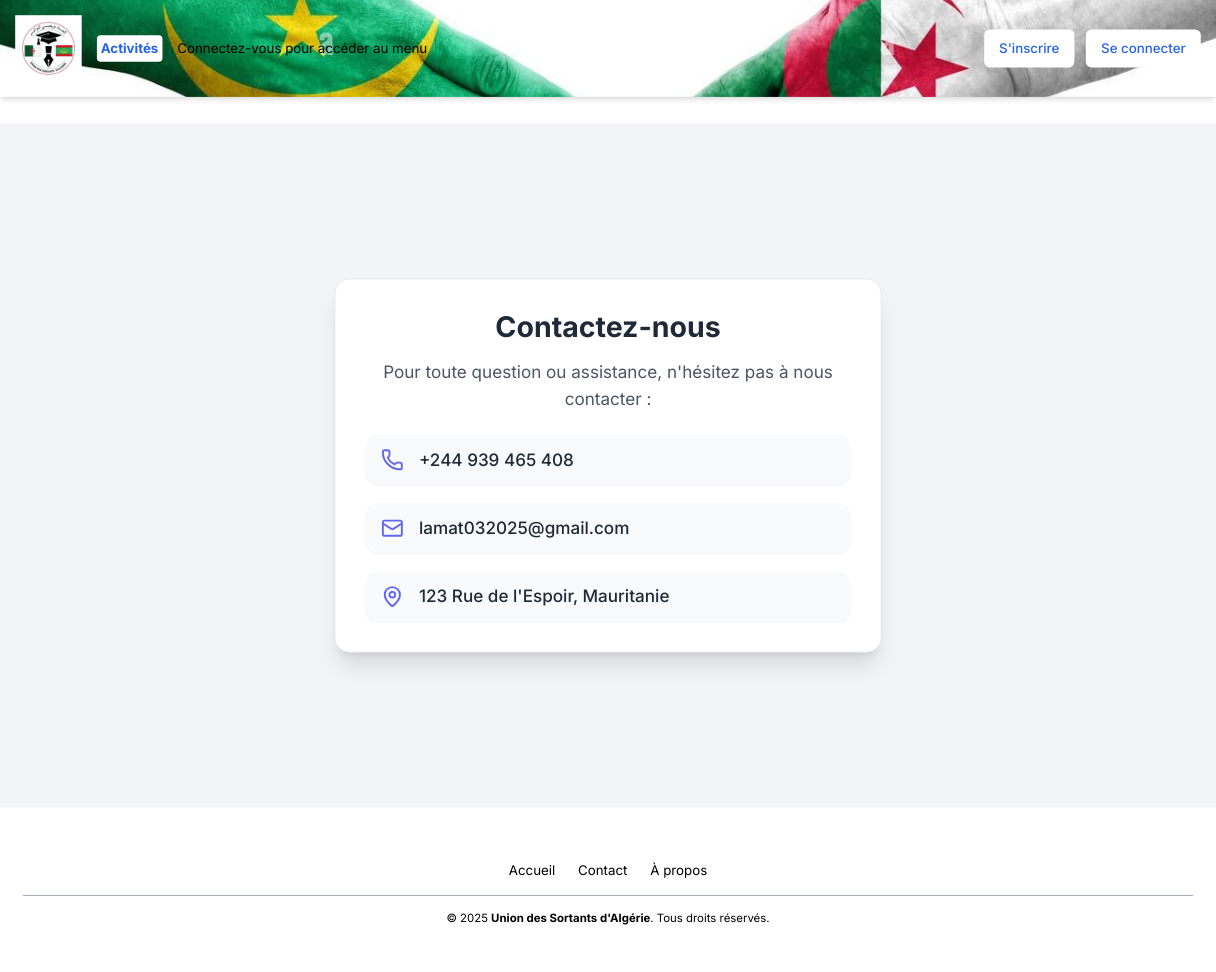
Repository: lamatmed/usa
Page: /contact
The author's editor kept a copy of each file at every save. The page is drawn from the files as they stood at one save, then again after a run of saves.
The browser window is 1280 px wide. The pictures show the whole page, at 95% of full size.
The project was rebuilt for these pictures with package versions that can differ from the ones it lists, and the page was loaded fresh each time. The framework's server and built-in components were replaced by stand-ins that run in the browser. Also part of the build but not shown: next.config.js, components/ui/dropdown-menu.tsx.

Above is the page before, as saved 2025-04-14 09:28:03.

### app/layout.tsx
import "./globals.css";
import type { Metadata } from "next";
import { Inter } from "next/font/google";
import { AuthProvider } from "@/components/AuthContext";
import NavBar from "@/components/NavBar";
import { Toaster } from "@/components/ui/toaster";
import Footer from "@/components/Footer";

const inter = Inter({ subsets: ["latin"] });

export const metadata: Metadata = {
  title: "Union des Sortants  d'Algérie",
  description: "Application",
  icons: "/union.jpg",
};

export default function RootLayout({
  children,
}: {
  children: React.ReactNode;
}) {
  return (
    <html lang="fr" className={inter.className} suppressHydrationWarning>
      <body className="flex flex-col min-h-screen">
        <AuthProvider>
          <NavBar />
          <main className="flex-grow mt-7">{children}</main>
          <Footer />
        </AuthProvider>
        <Toaster /> {/* Placer Toaster en dehors d'AuthProvider pour éviter sa réinitialisation */}
      </body>
    </html>
  );
}

### app/contact/page.tsx
"use client";

import { motion } from "framer-motion";
import { Mail, MapPin, Phone } from "lucide-react";
import { Card, CardContent } from "@/components/ui/card";
import { useEffect, useState } from "react";
import Loader from "@/components/Loader";

const Contact = () => {
  const [loading, setLoading] = useState(true);

  useEffect(() => {
    const timeout = setTimeout(() => {
      setLoading(false);
    }, 1500);

    return () => clearTimeout(timeout);
  }, []);

  if (loading) {
    return <Loader />;
  }

  return (
    <motion.div
      initial={{ opacity: 0, y: 20 }}
      animate={{ opacity: 1, y: 0 }}
      transition={{ duration: 0.6 }}
      className="flex justify-center items-center min-h-screen bg-gray-100 px-4 py-8"
    >
      <Card className="w-full max-w-xl bg-white shadow-xl rounded-2xl border border-gray-200">
        <CardContent className="p-6 sm:p-8">
          <h1 className="text-3xl font-bold text-gray-800 mb-4 text-center">
            Contactez-nous
          </h1>
          <p className="text-gray-600 text-center mb-6 text-base sm:text-lg">
            Pour toute question ou assistance, n&apos;hésitez pas à nous contacter :
          </p>

          <div className="space-y-5">
            {/* Contact Item */}
            <div className="flex items-center gap-4 bg-gray-50 px-4 py-3 rounded-xl shadow-sm">
              <Phone className="w-6 h-6 text-indigo-500" />
              <span className="text-gray-800 text-base sm:text-lg font-medium">
                +244 939 465 408
              </span>
            </div>

            {/* Contact Item */}
            <div className="flex items-center gap-4 bg-gray-50 px-4 py-3 rounded-xl shadow-sm">
              <Mail className="w-6 h-6 text-indigo-500" />
              <span className="text-gray-800 text-base sm:text-lg font-medium">
                lamat032025@gmail.com
              </span>
            </div>

            {/* Contact Item */}
            <div className="flex items-center gap-4 bg-gray-50 px-4 py-3 rounded-xl shadow-sm">
              <MapPin className="w-6 h-6 text-indigo-500" />
              <span className="text-gray-800 text-base sm:text-lg font-medium">
                123 Rue de l&apos;Espoir, Mauritanie
              </span>
            </div>
          </div>
        </CardContent>
      </Card>
    </motion.div>
  );
};

export default Contact;

### app/globals.css
@tailwind base;
@tailwind components;
@tailwind utilities;

:root {
  --foreground-rgb: 0, 0, 0;
  --background-start-rgb: 214, 219, 220;
  --background-end-rgb: 255, 255, 255;
}
.swal-button-ok {
  @apply bg-black text-white border-none hover:bg-gray-800 focus:ring-2 focus:ring-blue-500;
}
@media (prefers-color-scheme: dark) {
  :root {
    --foreground-rgb: 255, 255, 255;
    --background-start-rgb: 0, 0, 0;
    --background-end-rgb: 0, 0, 0;
  }
}

@layer base {
  :root {
    --background: 0 0% 100%;
    --foreground: 0 0% 3.9%;
    --card: 0 0% 100%;
    --card-foreground: 0 0% 3.9%;
    --popover: 0 0% 100%;
    --popover-foreground: 0 0% 3.9%;
    --primary: 0 0% 9%;
    --primary-foreground: 0 0% 98%;
    --secondary: 0 0% 96.1%;
    --secondary-foreground: 0 0% 9%;
    --muted: 0 0% 96.1%;
    --muted-foreground: 0 0% 45.1%;
    --accent: 0 0% 96.1%;
    --accent-foreground: 0 0% 9%;
    --destructive: 0 84.2% 60.2%;
    --destructive-foreground: 0 0% 98%;
    --border: 0 0% 89.8%;
    --input: 0 0% 89.8%;
    --ring: 0 0% 3.9%;
    --chart-1: 12 76% 61%;
    --chart-2: 173 58% 39%;
    --chart-3: 197 37% 24%;
    --chart-4: 43 74% 66%;
    --chart-5: 27 87% 67%;
    --radius: 0.5rem;
  }
  .dark {
    --background: 0 0% 3.9%;
    --foreground: 0 0% 98%;
    --card: 0 0% 3.9%;
    --card-foreground: 0 0% 98%;
    --popover: 0 0% 3.9%;
    --popover-foreground: 0 0% 98%;
    --primary: 0 0% 98%;
    --primary-foreground: 0 0% 9%;
    --secondary: 0 0% 14.9%;
    --secondary-foreground: 0 0% 98%;
    --muted: 0 0% 14.9%;
    --muted-foreground: 0 0% 63.9%;
    --accent: 0 0% 14.9%;
    --accent-foreground: 0 0% 98%;
    --destructive: 0 62.8% 30.6%;
    --destructive-foreground: 0 0% 98%;
    --border: 0 0% 14.9%;
    --input: 0 0% 14.9%;
    --ring: 0 0% 83.1%;
    --chart-1: 220 70% 50%;
    --chart-2: 160 60% 45%;
    --chart-3: 30 80% 55%;
    --chart-4: 280 65% 60%;
    --chart-5: 340 75% 55%;
  }
}

@layer base {
  * {
    @apply border-border;
  }
  body {
    @apply bg-background text-foreground;
  }
}

### components/AuthContext.tsx
"use client";

import { createContext, useState, useEffect, useCallback } from "react";

interface User {
  nni: string;
  id: string;
  name: string;
  role: string;
  photo: string| undefined;
  address: string| undefined;
  job:  string| undefined;
  domain : string| undefined;
  cv: string| undefined
}

interface AuthContextType {
  user: User | null;
  isAuthenticated: boolean;
  login: (token: string) => void;
  logout: () => void;
}

export const AuthContext = createContext<AuthContextType | null>(null);

export function AuthProvider({ children }: { children: React.ReactNode }) {
  const [user, setUser] = useState<User | null>(null);
  const [isAuthenticated, setIsAuthenticated] = useState(false);

  // ✅ `fetchUser` est maintenant stable grâce à `useCallback`
  const fetchUser = useCallback((token: string) => {
    console.log("🔍 Envoi du token pour récupération de l'utilisateur...");

    fetch("/api/me", {
      headers: { Authorization: `Bearer ${token}` },
    })
      .then((res) => res.json())
      .then((data) => {
        console.log("🔍 Réponse API:", data);
        if (data.user) {
          setUser(data.user);
          setIsAuthenticated(true);
        } else {
          throw new Error("Utilisateur non trouvé");
        }
      })
      .catch((error) => {
        console.log("❌ Erreur lors de la récupération de l'utilisateur:", error);
        logout(); // Un seul appel ici
      });
  }, []);


  useEffect(() => {
    const token = localStorage.getItem("token");
    if (token) {
      fetchUser(token); // ✅ Plus de warning
    }
  }, [fetchUser]); // ✅ fetchUser est maintenant stable

  function login(token: string) {
    console.log("✅ Connexion réussie, stockage du token...");
    localStorage.setItem("token", token);
    fetchUser(token);
  }

  function logout() {
    console.log("🚪 Déconnexion, suppression du token...");
    localStorage.removeItem("token");
    setUser(null);
    setIsAuthenticated(false);
  }

  return (
    <AuthContext.Provider value={{ user, isAuthenticated, login, logout }}>
      {children}
    </AuthContext.Provider>
  );
}

### components/ui/toaster.tsx
'use client';

import { useToast } from '@/hooks/use-toast';
import {
  Toast,
  ToastClose,
  ToastDescription,
  ToastProvider,
  ToastTitle,
  ToastViewport,
} from '@/components/ui/toast';

export function Toaster() {
  const { toasts } = useToast();

  return (
    <ToastProvider>
      {toasts.map(function ({ id, title, description, action, ...props }) {
        return (
          <Toast key={id} {...props}>
            <div className="grid gap-1">
              {title && <ToastTitle>{title}</ToastTitle>}
              {description && (
                <ToastDescription>{description}</ToastDescription>
              )}
            </div>
            {action}
            <ToastClose />
          </Toast>
        );
      })}
      <ToastViewport />
    </ToastProvider>
  );
}

### components/Footer.tsx
"use client";

import Link from "next/link";
import { motion } from "framer-motion";

const Footer = () => {
  return (
    <motion.footer
      initial={{ opacity: 0, y: 20 }}
      animate={{ opacity: 1, y: 0 }}
      transition={{ duration: 0.6 }}
      className="w-full py-6 bg-gradient-to-r from-gray-900 to-gray-700 text-white shadow-md mt-8"
      style={{
        backgroundImage: "url('/')", // Remplace par ton image
        backgroundSize: "cover",
        backgroundPosition: "center",
      }}
    >
      <div className="container mx-auto px-6 max-w-7xl text-center">
        {/* Liens rapides */}
        <nav className="mb-4 flex justify-center space-x-6 bg-white text-black">
          <Link href="/" className="text-sm hover:text-blue-400 transition ">
            Accueil
          </Link>
          <Link
            href="/contact"
            className="text-sm hover:text-blue-900transition hover:text-blue-400 "
          >
            Contact
          </Link>
          <Link
            href="/about"
            className="text-sm hover:text-blue-400 transition"
          >
            À propos
          </Link>
        </nav>

        {/* Copyright */}
        <div className="w-full border-t border-gray-400 pt-4 pb-6 px-4 sm:px-6 text-center bg-white">
          <p className="text-[10px] sm:text-xs text-black whitespace-normal sm:whitespace-nowrap leading-relaxed">
            © {new Date().getFullYear()}{" "}
            <span className="font-bold">Union des Sortants d&apos;Algérie</span>. Tous droits réservés.
          </p>
        </div>

      </div>
    </motion.footer>
  );
};

export default Footer;

### components/ui/card.tsx
import * as React from 'react';

import { cn } from '@/lib/utils';

const Card = React.forwardRef<
  HTMLDivElement,
  React.HTMLAttributes<HTMLDivElement>
>(({ className, ...props }, ref) => (
  <div
    ref={ref}
    className={cn(
      'rounded-lg border bg-card text-card-foreground shadow-sm',
      className
    )}
    {...props}
  />
));
Card.displayName = 'Card';

const CardHeader = React.forwardRef<
  HTMLDivElement,
  React.HTMLAttributes<HTMLDivElement>
>(({ className, ...props }, ref) => (
  <div
    ref={ref}
    className={cn('flex flex-col space-y-1.5 p-6', className)}
    {...props}
  />
));
CardHeader.displayName = 'CardHeader';

const CardTitle = React.forwardRef<
  HTMLParagraphElement,
  React.HTMLAttributes<HTMLHeadingElement>
>(({ className, ...props }, ref) => (
  <h3
    ref={ref}
    className={cn(
      'text-2xl font-semibold leading-none tracking-tight',
      className
    )}
    {...props}
  />
));
CardTitle.displayName = 'CardTitle';

const CardDescription = React.forwardRef<
  HTMLParagraphElement,
  React.HTMLAttributes<HTMLParagraphElement>
>(({ className, ...props }, ref) => (
  <p
    ref={ref}
    className={cn('text-sm text-muted-foreground', className)}
    {...props}
  />
));
CardDescription.displayName = 'CardDescription';

const CardContent = React.forwardRef<
  HTMLDivElement,
  React.HTMLAttributes<HTMLDivElement>
>(({ className, ...props }, ref) => (
  <div ref={ref} className={cn('p-6 pt-0', className)} {...props} />
));
CardContent.displayName = 'CardContent';

const CardFooter = React.forwardRef<
  HTMLDivElement,
  React.HTMLAttributes<HTMLDivElement>
>(({ className, ...props }, ref) => (
  <div
    ref={ref}
    className={cn('flex items-center p-6 pt-0', className)}
    {...props}
  />
));
CardFooter.displayName = 'CardFooter';

export {
  Card,
  CardHeader,
  CardFooter,
  CardTitle,
  CardDescription,
  CardContent,
};

### components/Loader.tsx

import React from 'react';
import styled from 'styled-components';

const Loader = () => {
  return (
    <StyledWrapper>
      <div className="loader" />
    </StyledWrapper>
  );
}

const StyledWrapper = styled.div`
  .loader {
   position: relative;
   width: 2.5em;
   height: 2.5em;
   transform: rotate(165deg);
  }

  .loader:before, .loader:after {
   content: "";
   position: absolute;
   top: 50%;
   left: 50%;
   display: block;
   width: 0.5em;
   height: 0.5em;
   border-radius: 0.25em;
   transform: translate(-50%, -50%);
  }

  .loader:before {
   animation: before8 2s infinite;
  }

  .loader:after {
   animation: after6 2s infinite;
  }

  @keyframes before8 {
   0% {
    width: 0.5em;
    box-shadow: 1em -0.5em rgba(225, 20, 98, 0.75), -1em 0.5em rgba(111, 202, 220, 0.75);
   }

   35% {
    width: 2.5em;
    box-shadow: 0 -0.5em rgba(225, 20, 98, 0.75), 0 0.5em rgba(111, 202, 220, 0.75);
   }

   70% {
    width: 0.5em;
    box-shadow: -1em -0.5em rgba(225, 20, 98, 0.75), 1em 0.5em rgba(111, 202, 220, 0.75);
   }

   100% {
    box-shadow: 1em -0.5em rgba(225, 20, 98, 0.75), -1em 0.5em rgba(111, 202, 220, 0.75);
   }
  }

  @keyframes after6 {
   0% {
    height: 0.5em;
    box-shadow: 0.5em 1em rgba(61, 184, 143, 0.75), -0.5em -1em rgba(233, 169, 32, 0.75);
   }

   35% {
    height: 2.5em;
    box-shadow: 0.5em 0 rgba(61, 184, 143, 0.75), -0.5em 0 rgba(233, 169, 32, 0.75);
   }

   70% {
    height: 0.5em;
    box-shadow: 0.5em -1em rgba(61, 184, 143, 0.75), -0.5em 1em rgba(233, 169, 32, 0.75);
   }

   100% {
    box-shadow: 0.5em 1em rgba(61, 184, 143, 0.75), -0.5em -1em rgba(233, 169, 32, 0.75);
   }
  }

  .loader {
   position: absolute;
   top: calc(50% - 1.25em);
   left: calc(50% - 1.25em);
  }`;

export default Loader;

### components/ui/button.tsx
import * as React from 'react';
import { Slot } from '@radix-ui/react-slot';
import { cva, type VariantProps } from 'class-variance-authority';

import { cn } from '@/lib/utils';

const buttonVariants = cva(
  'inline-flex items-center justify-center whitespace-nowrap rounded-md text-sm font-medium ring-offset-background transition-colors focus-visible:outline-none focus-visible:ring-2 focus-visible:ring-ring focus-visible:ring-offset-2 disabled:pointer-events-none disabled:opacity-50',
  {
    variants: {
      variant: {
        default: 'bg-primary text-primary-foreground hover:bg-primary/90',
        destructive:
          'bg-destructive text-destructive-foreground hover:bg-destructive/90',
        outline:
          'border border-input bg-background hover:bg-accent hover:text-accent-foreground',
        secondary:
          'bg-secondary text-secondary-foreground hover:bg-secondary/80',
        ghost: 'hover:bg-accent hover:text-accent-foreground',
        link: 'text-primary underline-offset-4 hover:underline',
      },
      size: {
        default: 'h-10 px-4 py-2',
        sm: 'h-9 rounded-md px-3',
        lg: 'h-11 rounded-md px-8',
        icon: 'h-10 w-10',
      },
    },
    defaultVariants: {
      variant: 'default',
      size: 'default',
    },
  }
);

export interface ButtonProps
  extends React.ButtonHTMLAttributes<HTMLButtonElement>,
    VariantProps<typeof buttonVariants> {
  asChild?: boolean;
}

const Button = React.forwardRef<HTMLButtonElement, ButtonProps>(
  ({ className, variant, size, asChild = false, ...props }, ref) => {
    const Comp = asChild ? Slot : 'button';
    return (
      <Comp
        className={cn(buttonVariants({ variant, size, className }))}
        ref={ref}
        {...props}
      />
    );
  }
);
Button.displayName = 'Button';

export { Button, buttonVariants };

### components/main-nav.tsx
"use client"

import Link from "next/link"
import { usePathname } from "next/navigation"
import { useContext } from "react"
import { AuthContext } from "@/components/AuthContext"
import { cn } from "@/lib/utils"
import {
  Users,
  Clipboard,
  ComputerIcon ,
  LayoutDashboard,
  NotebookPen
} from "lucide-react"

type NavigationItem = {
  name: string;
  href: string;
  icon: React.ComponentType<any>;
}

type Navigation = {
  ADMIN: NavigationItem[];
  USER: NavigationItem[];

}

const navigation: Navigation = {
  ADMIN: [
    { name: "Tableau de bord", href: "/dashboard", icon: LayoutDashboard },

    { name: "Mon espace", href: "/dashboard/espace-user", icon: ComputerIcon},
    { name: "Membres", href: "/dashboard/users", icon: Users },
    { name: "Election", href: "/dashboard/config-vote", icon: Clipboard },
    { name: "Activités", href: "/activites/config", icon: NotebookPen },
  ],
  USER: [
    { name: "Tableau de bord", href: "/dashboard", icon: LayoutDashboard },
    { name: "Mon espace", href: "/dashboard/espace-user", icon: Users },

  ],

}

export function MainNav() {
  const pathname = usePathname()
  const { user, isAuthenticated } = useContext(AuthContext)!;

  // Vérifier le rôle de l'utilisateur
  const userRole = user?.role || "USER";
  const allowedNavigation = navigation[userRole as keyof Navigation] || navigation.USER;

  return (
    <nav className="flex flex-col md:flex-row items-center md:space-x-6 space-y-2 md:space-y-0">
      {isAuthenticated && user ? (
        allowedNavigation.map((item) => {
          const Icon = item.icon
          const isActive = pathname === item.href

          return (
            <Link
              key={item.href}
              href={item.href}
              className={cn(
                "flex items-center text-sm font-medium transition-colors duration-200 px-4 py-2 rounded-lg w-full md:w-auto",
                isActive
                  ? "text-blue-600 bg-gray-100 md:border-b-2 border-blue-600"
                  : "text-gray-700 bg-white hover:text-blue-500 hover:bg-gray-100"
              )}
            >
              <Icon className="mr-2 h-5 w-5 text-orange-500" />
              {item.name}
            </Link>
          )
        })
      ) : (
        <span className="text-black text-sm">Connectez-vous pour accéder au menu</span>
      )}
    </nav>
  )
}

### hooks/use-toast.ts
'use client';

import { ToastActionElement, ToastProps } from '@/components/ui/toast';
// Inspired by react-hot-toast library
import * as React from 'react';



const TOAST_LIMIT = 1;
const TOAST_REMOVE_DELAY = 1000000;

type ToasterToast = ToastProps& {
  id: string;
  title?: React.ReactNode;
  description?: React.ReactNode;
  action?: ToastActionElement;
};

const actionTypes = {
  ADD_TOAST: 'ADD_TOAST',
  UPDATE_TOAST: 'UPDATE_TOAST',
  DISMISS_TOAST: 'DISMISS_TOAST',
  REMOVE_TOAST: 'REMOVE_TOAST',
} as const;

let count = 0;

function genId() {
  count = (count + 1) % Number.MAX_SAFE_INTEGER;
  return count.toString();
}

type ActionType = typeof actionTypes;

type Action =
  | {
      type: ActionType['ADD_TOAST'];
      toast: ToasterToast;
    }
  | {
      type: ActionType['UPDATE_TOAST'];
      toast: Partial<ToasterToast>;
    }
  | {
      type: ActionType['DISMISS_TOAST'];
      toastId?: ToasterToast['id'];
    }
  | {
      type: ActionType['REMOVE_TOAST'];
      toastId?: ToasterToast['id'];
    };

interface State {
  toasts: ToasterToast[];
}

const toastTimeouts = new Map<string, ReturnType<typeof setTimeout>>();

const addToRemoveQueue = (toastId: string) => {
  if (toastTimeouts.has(toastId)) {
    return;
  }

  const timeout = setTimeout(() => {
    toastTimeouts.delete(toastId);
    dispatch({
      type: 'REMOVE_TOAST',
      toastId: toastId,
    });
  }, TOAST_REMOVE_DELAY);

  toastTimeouts.set(toastId, timeout);
};

export const reducer = (state: State, action: Action): State => {
  switch (action.type) {
    case 'ADD_TOAST':
      return {
        ...state,
        toasts: [action.toast, ...state.toasts].slice(0, TOAST_LIMIT),
      };

    case 'UPDATE_TOAST':
      return {
        ...state,
        toasts: state.toasts.map((t) =>
          t.id === action.toast.id ? { ...t, ...action.toast } : t
        ),
      };

    case 'DISMISS_TOAST': {
      const { toastId } = action;

      // ! Side effects ! - This could be extracted into a dismissToast() action,
      // but I'll keep it here for simplicity
      if (toastId) {
        addToRemoveQueue(toastId);
      } else {
        state.toasts.forEach((toast) => {
          addToRemoveQueue(toast.id);
        });
      }

      return {
        ...state,
        toasts: state.toasts.map((t) =>
          t.id === toastId || toastId === undefined
            ? {
                ...t,
                open: false,
              }
            : t
        ),
      };
    }
    case 'REMOVE_TOAST':
      if (action.toastId === undefined) {
        return {
          ...state,
          toasts: [],
        };
      }
      return {
        ...state,
        toasts: state.toasts.filter((t) => t.id !== action.toastId),
      };
  }
};

const listeners: Array<(state: State) => void> = [];

let memoryState: State = { toasts: [] };

function dispatch(action: Action) {
  memoryState = reducer(memoryState, action);
  listeners.forEach((listener) => {
    listener(memoryState);
  });
}

type Toast = Omit<ToasterToast, 'id'>;

function toast({ ...props }: Toast) {
  const id = genId();

  const update = (props: ToasterToast) =>
    dispatch({
      type: 'UPDATE_TOAST',
      toast: { ...props, id },
    });
  const dismiss = () => dispatch({ type: 'DISMISS_TOAST', toastId: id });

  dispatch({
    type: 'ADD_TOAST',
    toast: {
      ...props,
      id,
      open: true,
      onOpenChange: (open) => {
        if (!open) dismiss();
      },
    },
  });

  return {
    id: id,
    dismiss,
    update,
  };
}

function useToast() {
  const [state, setState] = React.useState<State>(memoryState);

  React.useEffect(() => {
    listeners.push(setState);
    return () => {
      const index = listeners.indexOf(setState);
      if (index > -1) {
        listeners.splice(index, 1);
      }
    };
  }, [state]);

  return {
    ...state,
    toast,
    dismiss: (toastId?: string) => dispatch({ type: 'DISMISS_TOAST', toastId }),
  };
}

export { useToast, toast };

Loaded but not shown: lib/utils.ts (common file); tailwind.config.ts (common file); components/NavBar.tsx (165 lines, source omitted); components/ui/toast.tsx (129 lines, source omitted)

After the next 4 saves:
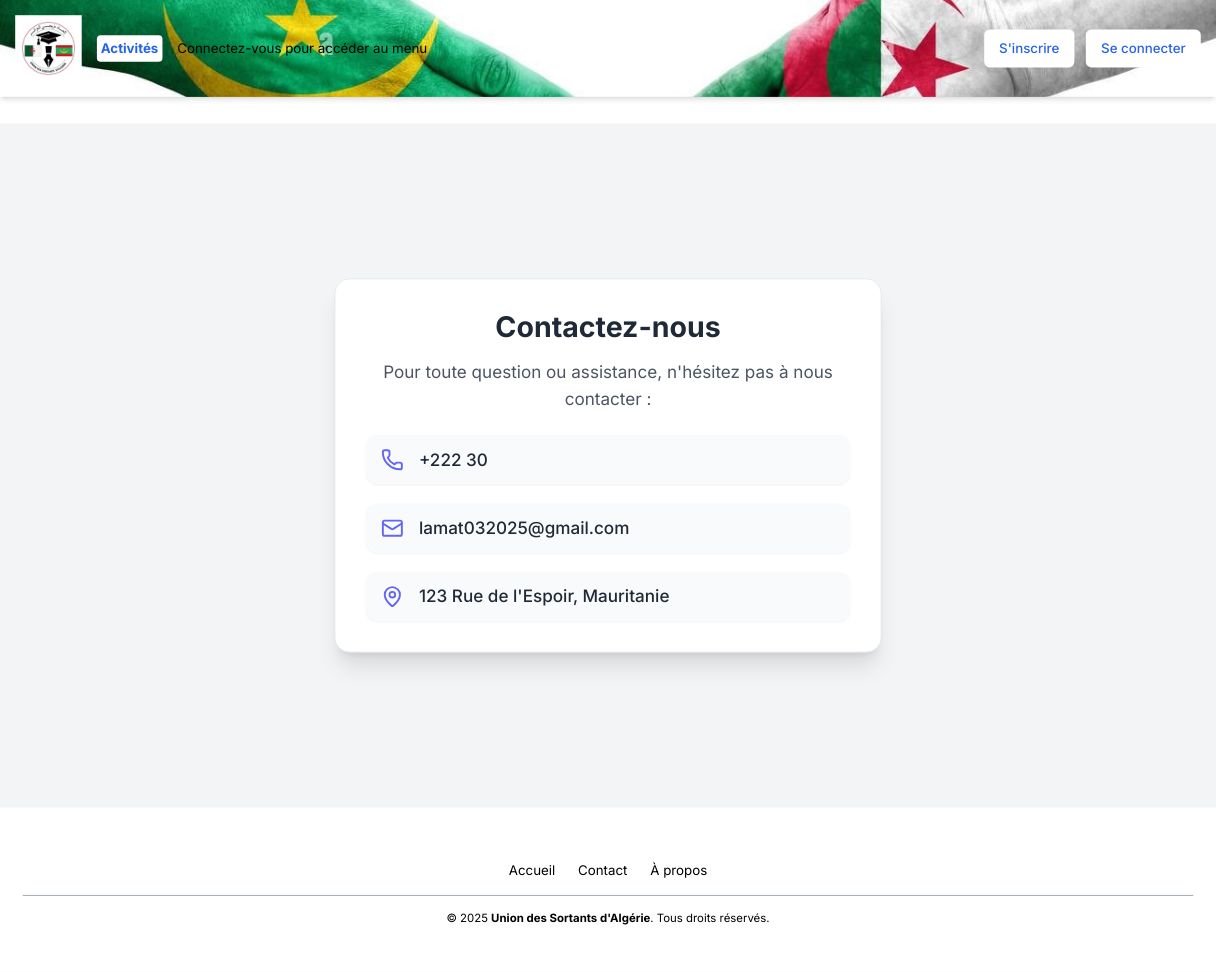
The 4 saves are shown as one change because they came seconds apart.
The last was saved 34 min 56 s later.
--- a/app/contact/page.tsx
+++ b/app/contact/page.tsx
@@ -42,7 +42,7 @@
             <div className="flex items-center gap-4 bg-gray-50 px-4 py-3 rounded-xl shadow-sm">
               <Phone className="w-6 h-6 text-indigo-500" />
               <span className="text-gray-800 text-base sm:text-lg font-medium">
-                +244 939 465 408
+                +222  30
               </span>
             </div>
 
